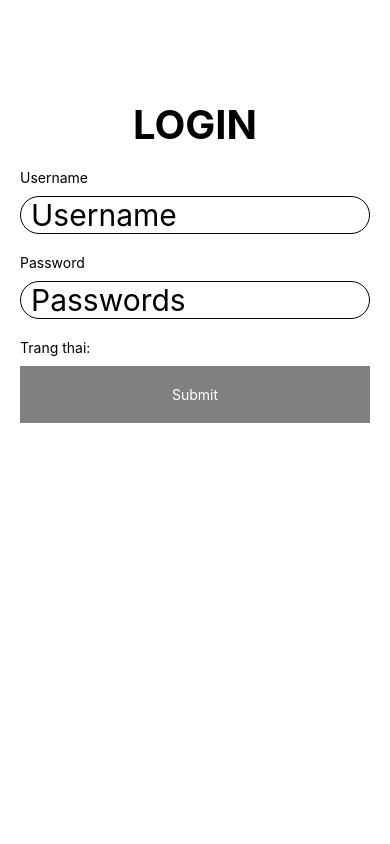
Repository: vietnguyenhoangw/ReactNative-FirstApplication
Screen: /
An editor plug-in stored every save of this project. The screen is shown before and after the next save, followed by the edit.
The app was drawn by React Native's web renderer in a window 390 px wide. The project was rebuilt for these pictures with package versions that can differ from the ones it lists, and the page was loaded fresh each time.

Above is the screen before, as saved 2019-12-11 09:40:00.

### App.js
// import thu vien

import React, {Component} from "react"

import {
  View,
  Text,
  StyleSheet,
  TextInput,
  TouchableOpacity,
} from "react-native"

// code class, component : render

class HelloWorld extends Component {

  constructor(props) {
    super(props);

    this.state = {
      username: '',
      password: '',
      text: '',
    }
  }

  click() {
    var Username = "aaa";
    var Password = "bbb";

    if (this.state.username != Username) {
      console.log('Sai username, password');
    }else {
      if (this.state.password != Password) {
        console.log('Sai username, password')
      }
      else {
        console.log('Thanh Cong')
        this.setState({
          text : "Thanh cong"
        })
      }
    }
  }

  render() {
    return(
      <View style={styles.viewOnScreen}>

        <View style={styles.viewHeader}>

          <Text style={styles.textTitle}>LOGIN</Text>

        </View>

        <View style={styles.body}>

          <Text style={styles.textUser}>Username</Text>

          <TextInput
            style={styles.textInput}
            placeholder = "Username"
            onChangeText={(text) => this.setState({username:text})}/>

          <Text style={styles.textUser}>Password</Text>

          <TextInput style={styles.textInput}
           placeholder = "Passwords"
           onChangeText={(text) => this.setState({password:text})} />

          <Text style={styles.textUser}>Trang thai: {this.state.text}</Text>

          <TouchableOpacity
            style={styles.btn}
            onPress={() => {this.click()}}>
            <Text style={styles.textBtn}>Submit</Text>
          </TouchableOpacity>

        </View>

      </View>
    );
  }
}

const styles = StyleSheet.create({
  viewOnScreen: {
    width: '100%',
    height: '100%'
  },
  viewHeader: {
      width:'100%',
  },
  textTitle: {
    textAlign:'center',
    marginTop: 100,
    marginBottom: 20,
    fontWeight:'bold',
    fontSize: 40
  },
  textUser: {
    marginLeft: 20,
    marginRight: 20,
    marginBottom: 10,
  },
  textInput:{
    borderRadius:50,
    marginBottom: 20,
    marginLeft: 20,
    marginRight: 20,
    borderWidth:1,
    borderColor: 'black',
    fontSize:30,
    paddingLeft: 10,
    paddingRight: 10
  },
  btn: {
    backgroundColor:'gray',
    marginLeft: 20,
    marginRight: 20,
    padding:20,
  },
  textBtn: {
    width:'100%',
    color: 'white',
    textAlign:'center',
  }
});

export default HelloWorld

After the next save:
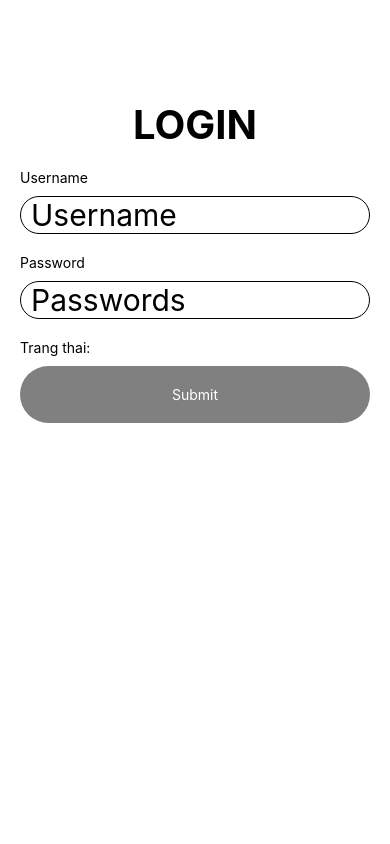
Saved 7 s later.
--- a/App.js
+++ b/App.js
@@ -115,6 +115,7 @@ const styles = StyleSheet.create({
     paddingRight: 10
   },
   btn: {
+    borderRadius:50,
     backgroundColor:'gray',
     marginLeft: 20,
     marginRight: 20,
